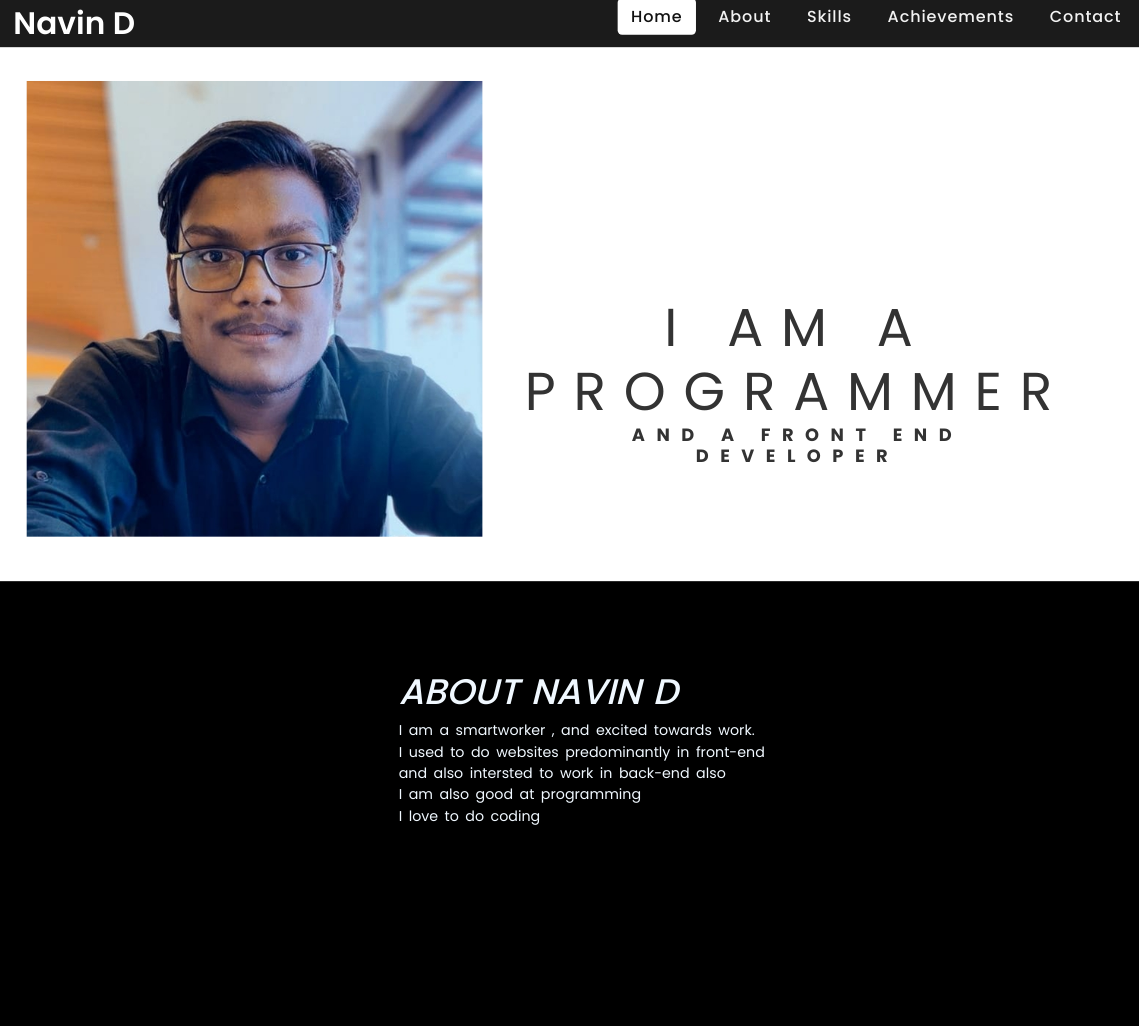
Repository: NavinDayanithi/OIBSIP
Page: Portfolio/index.html
The author's editor kept a copy of each file at every save. The page is drawn from the files as they stood at one save, then again after the next save.
The browser window is 1280 px wide. The pictures show the whole page, at 89% of full size.

Above is the page before, as saved 2023-02-20 18:56:52.
Console error: TypeError: Cannot read properties of undefined (reading 'fn')

### Portfolio/index.html
<!DOCTYPE html>
<!-- Created By CodingNepal -->
<html lang="en" dir="ltr">
   <head>

      <meta charset="utf-8">
      <title>Navin's Portfolio</title>
      <script src="https://cdnjs.cloudflare.com/ajax/libs/OwlCarousel2/2.3.4/owl.carousel.min.js"></script>
      <script type="text/javascript" src="script.js"></script>
      <link rel="stylesheet" href="style.css">
      <link rel="stylesheet" href="https://cdnjs.cloudflare.com/ajax/libs/font-awesome/5.15.3/css/all.min.css"/>
      <meta name="viewport" content="width=device-width, initial-scale=1.0">
      <link href="https://cdn.jsdelivr.net/npm/bootstrap@5.3.0-alpha1/dist/css/bootstrap.min.css" rel="stylesheet" integrity="sha384-GLhlTQ8iRABdZLl6O3oVMWSktQOp6b7In1Zl3/Jr59b6EGGoI1aFkw7cmDA6j6gD" crossorigin="anonymous">
   </head>
   <body>
      <nav>
         <div class="logo">
            Navin D
         </div>
         <input type="checkbox" id="click">
         <label for="click" class="menu-btn">
         <i class="fas fa-bars"></i>
         </label>
         <ul>
            <li><a class="active" href="#">Home</a></li>
            <li><a href="#about">About</a></li>
            <li><a href="#skills">Skills</a></li>
            <li><a href="#">Achievements</a></li>
            <li><a href="#">Contact</a></li>
         </ul>
      </nav>
      <div >
        <img src="navinppimg.jpeg"  class="img1" alt="navinimg">
      </div>
      <div class="text-box">
        <h1 class="heading-primary">
         <span class="heading-primary-main">I am a Programmer</span>
          <span class="heading-primary-sub">and a front end developer</span>
         </h1>
   </div>
   <section class="about" id="about">
      <!-- <img class="about-img" src="https://embetronicx.com/wp-content/uploads/2017/08/background.jpg"  class="img1" alt="navinimg"> -->
      <div class="about-text">
         <h1> <i>ABOUT NAVIN D</i></h1>
         <p>  I am a smartworker , and excited towards work.<br/>
             I used to do websites predominantly in front-end <br/>
             and also intersted to work in back-end also<br/>
             I am also good at programming <br/>
             I love to do coding<br/>
      </p>
      </div>

    </body>
</section>
       </body>
</html>

### Portfolio/style.css
@import url('https://fonts.googleapis.com/css?family=Poppins:400,500,600,700&display=swap');
*{
  margin: 0;
  padding: 0;
  box-sizing: border-box;
  font-family: 'Poppins', sans-serif;
}
nav{
  display: flex;
  height: 100%;
  width: 100%;
  background: #1b1b1b;
  align-items: center;
  justify-content: space-between;
  /* padding: 0 50px 0 50px; */
  /* flex-wrap: wrap; */
}
nav .logo{
  color: #fff;
  font-size: 35px;
  font-weight: 600;
  margin-left: 15px;
}
nav ul{
  display: flex;
  flex-wrap: wrap;
  list-style: none;
}
nav ul li{
  margin: 0 5px;
}
nav ul li a{
  color: #f2f2f2;
  text-decoration: none;
  font-size: 18px;
  font-weight: 500;
  padding: 8px 15px;
  border-radius: 5px;
  letter-spacing: 1px;
  transition: all 0.3s ease;
}
nav ul li a.active,
nav ul li a:hover{
  color: #111;
  background: #fff;
}
nav .menu-btn i{
  color: #fff;
  font-size: 22px;
  cursor: pointer;
  display: none;
}
input[type="checkbox"]{
  display: none;
}
@media (max-width: 1000px){
  nav{
    padding: 0 40px 0 50px;
  }
}
@media (max-width: 920px) {
  nav .menu-btn i{
    display: block;
  }
  #click:checked ~ .menu-btn i:before{
    content: "\f00d";
  }
  nav ul{
    position: fixed;
    top: 80px;
    left: -100%;
    background: #111;
    height: 100vh;
    width: 100%;
    text-align: center;
    display: block;
    transition: all 0.3s ease;
  }
  #click:checked ~ ul{
    left: 0;
  }
  nav ul li{
    width: 100%;
    margin: 40px 0;
  }
  nav ul li a{
    width: 100%;
    margin-left: -100%;
    display: block;
    font-size: 20px;
    transition: 0.6s cubic-bezier(0.68, -0.55, 0.265, 1.55);
  }
  #click:checked ~ ul li a{
    margin-left: 0px;
  }
  nav ul li a.active,
  nav ul li a:hover{
    background: none;
    color: cyan;
  }
}
.content{
  position: absolute;
  top: 50%;
  left: 50%;
  transform: translate(-50%, -50%);
  text-align: center;
  z-index: -1;
  width: 100%;
  padding: 0 30px;
  color: #1b1b1b;
}
.content div{
  font-size: 40px;
  font-weight: 700;
}

.text-box {
    position: absolute;
    top: 60%;
    left: 70%;
    transform: translate(-50%, -50%);
    text-align:center;
  }

  .heading-primary {
      color:#333;
      text-transform: uppercase;
  }

  .heading-primary-main {
      display: block;
      font-size: 60px;
      font-weight: 400;
      letter-spacing: 20px;
     /*  Animation decalaration   */
      animation-name: moveInleft;
      animation-duration: 3s;
  }

  .heading-primary-sub {
      display: block;
      font-size: 20px;
      font-weight: 700;
      letter-spacing: 12.9px;

      animation-name: moveInRight;
      animation-duration: 3s;
  }

  @keyframes moveInleft {
      0% {
          opacity: 0;
          transform: translateX(-100px);
      }

      80% {
          transform: translateX(10px);
      }
      100% {
          opacity: 1;
          transform: translate(0);
      }
  }

  @keyframes moveInRight {
      0% {
          opacity: 0;
          transform: translateX(100px);
      }

      80% {
          transform: translateX(-10px);
      }

      100% {
          opacity: 1;
          transform: translate(0);
      }

  }
  .img1{
    margin-left: 30px;
     margin-top: 3%;
    display: block;
    height:40%;
    width:40%;


  }
  .a{
    float: left;
    /* display: inline; */
    width: 50%;


  }
  .b{
    /* display: inline; */
    float:right;
    width: 50%;
    margin-left: 50px;


  }
   .about{
    background-color: black;
    height: 500px;
    width: 100%;
    color: aliceblue;
    margin-top: 50px;

  }

 .about-text{
  padding-top: 100px;
   padding-left: 35%;
   word-spacing: 3px;
}

Loaded but not shown: Portfolio/script.js (common file)

After the next save:
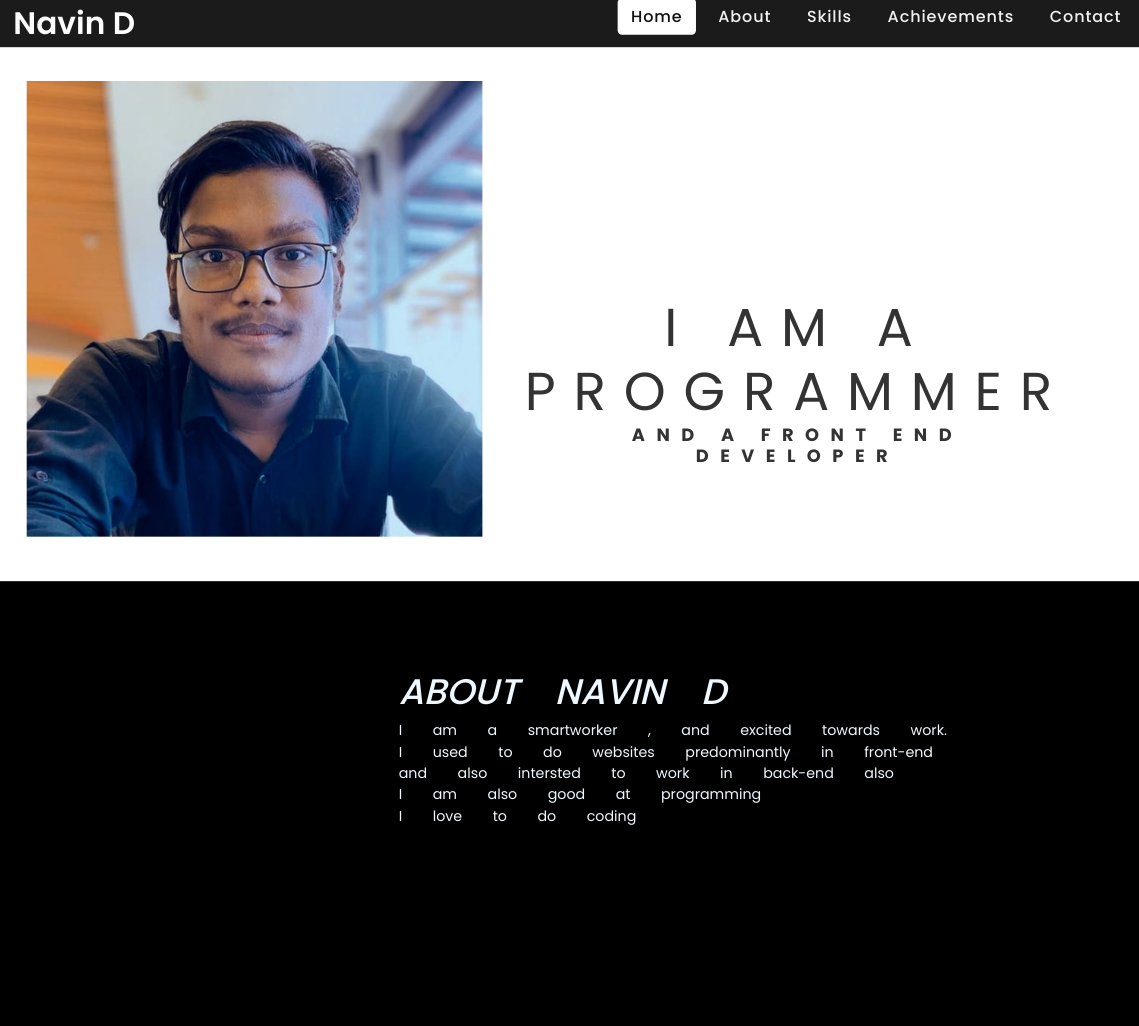
Saved 8 s later.
--- a/Portfolio/style.css
+++ b/Portfolio/style.css
@@ -215,5 +215,5 @@
  .about-text{
   padding-top: 100px;
    padding-left: 35%;
-   word-spacing: 3px;
-}
+   word-spacing: 30px;
+}
